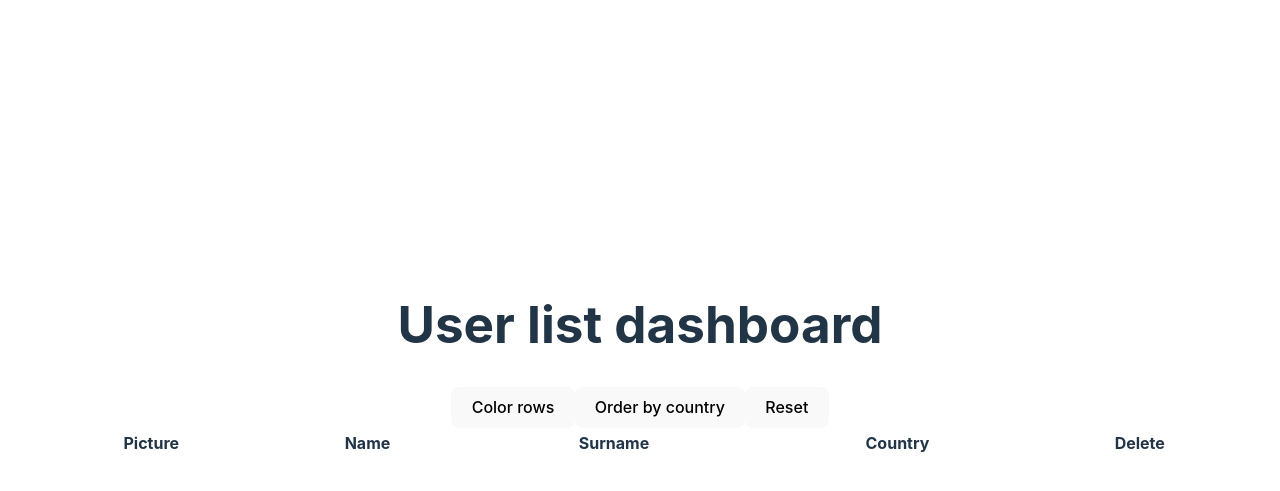
Repository: atzin-escandia/react-typescript-users-dashboard
Page: /
The author's editor kept a copy of each file at every save. The page is drawn from the files as they stood at one save, then again after the next save.
The browser window is 1280 px wide. The pictures show the whole page.
The page's requests for data from a server got no answer. The project was rebuilt for these pictures with package versions that can differ from the ones it lists, and the page was loaded fresh each time. No one was signed in, and anything a server would have sent is missing. Also part of the build but not shown: vite.config.ts.

Above is the page before, as saved 2023-10-09 18:37:29.

After the next save:
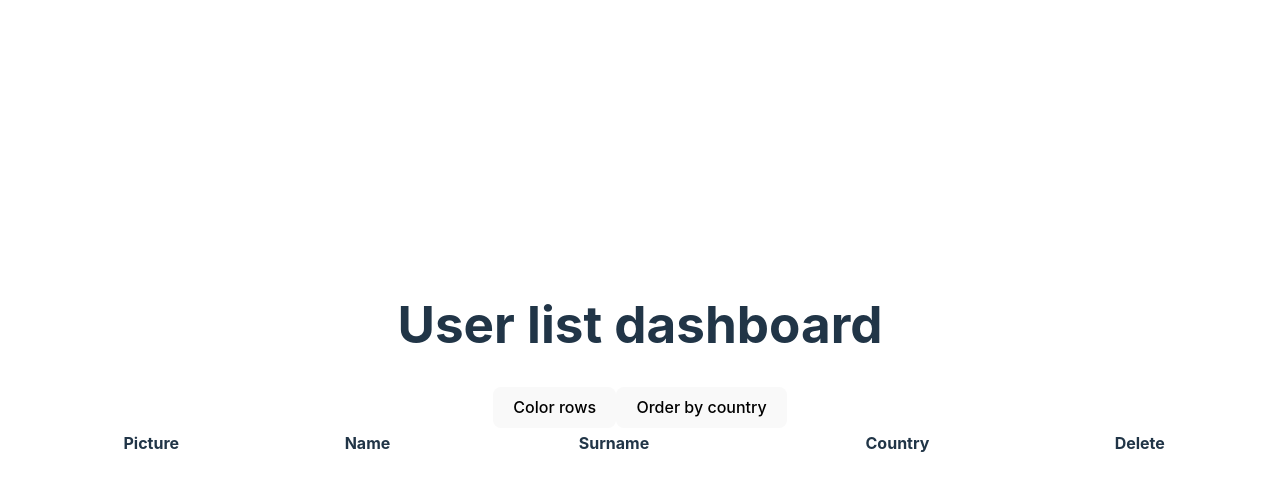
Saved 16 s later.
--- a/src/App.tsx
+++ b/src/App.tsx
@@ -36,7 +36,6 @@
         <button onClick={() => setSortUsers(!sortUsers)}>
           {sortUsers ? "Not order by country" : "Order by country"}
         </button>
-        <button onClick={() => setReset(false)}>Reset</button>
       </header>
 
       <section className="card">
